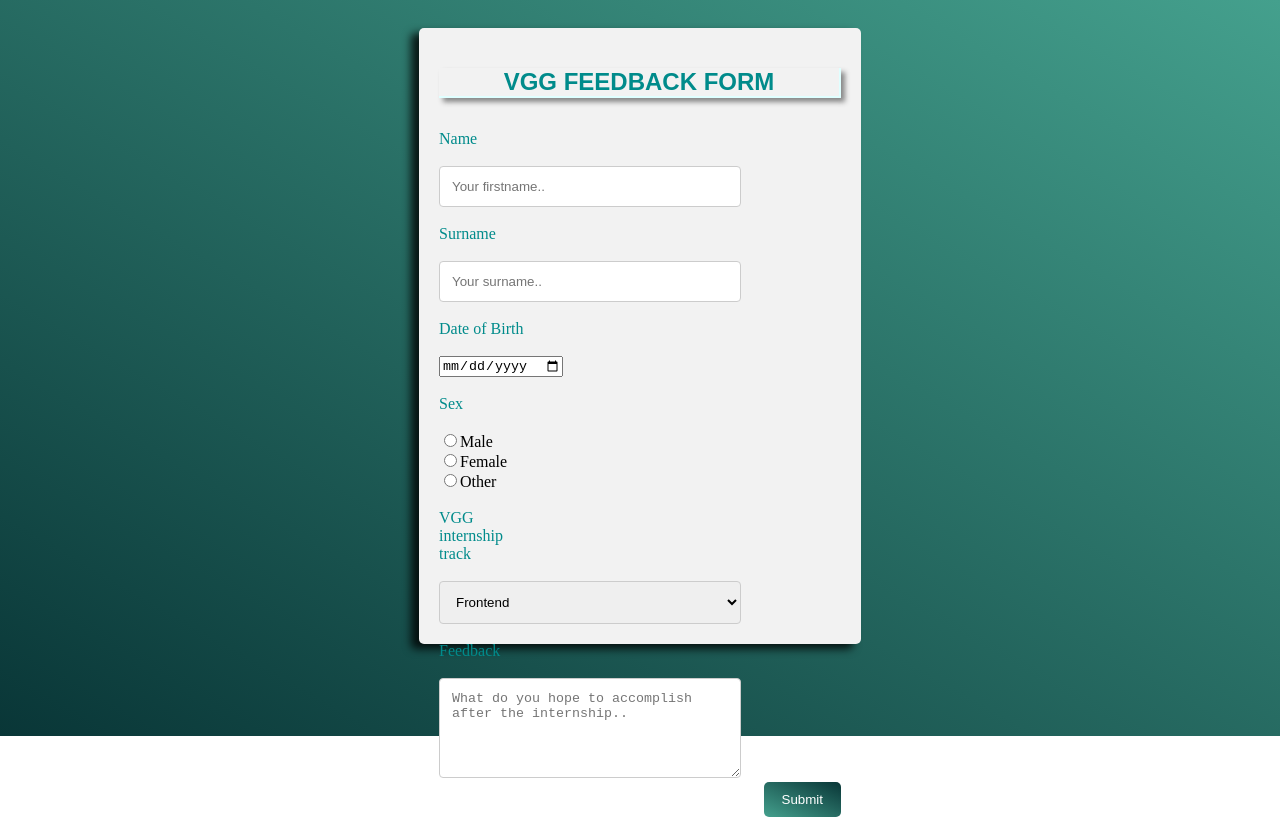
Repository: iphyokafor/VGG-Feedback-form
Page: index2.html
The author's editor kept a copy of each file at every save. The page is drawn from the files as they stood at one save, then again after the next save.
The browser window is 1280 px wide. The pictures show the whole page.

Above is the page before, as saved 2020-01-13 02:00:52.

### index2.html
<!DOCTYPE html>
<html lang="en">

<head>
    <meta charset="UTF-8">
    <meta name="viewport" content="width=device-width, initial-scale=1.0">
    <meta http-equiv="X-UA-Compatible" content="ie=edge">
    <title>VGG feedback form</title>
    <link rel="stylesheet" href="./main.css">
</head>

<body>
    <div class="container">
        <form>
            <h2 class="heading">Vgg feedback form</h2>
            <div class="row">
                <div class="column1">
                    <label for="name">Name</label>
                </div>
                <div class="column3">
                    <input type="text" class="txtinput" id="name" name="name" placeholder="Your firstname.." required>
                </div>
            </div>
            <div class="row">
                <div class="column1">
                    <label for="surname">Surname</label>
                </div>
                <div class="column3">
                    <input type="text" class="txtinput" id="surname" name="surname" placeholder="Your surname.." required>
                </div>
            </div>
            <div class="row">
                <div class="column1">
                    <label for="dob">Date of Birth</label>
                </div>
                <div class="column3">
                    <input type="date" id="date" name="date">
                </div>
            </div>
            <div class="row">
                <div class="column1">
                    <label for="sex">Sex</label>
                </div>
                <div class="column3">
                    <input type="radio" class="radio-style" name="gender">Male<br>
                    <input type="radio" class="radio-style" name="gender">Female<br>
                    <input type="radio" class="radio-style" name="gender">Other
                </div>
            </div>
            <div class="row">
                <div class="column1">
                    <label for="VGG internship">VGG internship track</label>
                </div>
                <div class="column3">
                    <select id="VGG internship" name="VGG">
            <option value="frontend">Frontend</option>
            <option value="backend">Backend</option>
            <option value="ui/ux">UI/UX</option>
            <option value="software">Software Quality Assurance</option>
            <option value="devops">DevOps</option>
          </select>
                </div>
            </div>
            <div class="row">
                <div class="column1">
                    <label for="feedback">Feedback</label>
                </div>
                <div class="column3">
                    <textarea id="feedback" name="feedback" placeholder="What do you hope to accomplish after the internship.." style="height:100px"></textarea>
                </div>
            </div>
            <div class="row">
                <input type="submit" class="btn" value="Submit">
            </div>
        </form>
    </div>

</body>

</html>

### main.css
/* Style inputs, select elements and textareas */

body {
    display: flex;
    justify-content: center;
    flex-wrap: wrap;
    background: linear-gradient(to right top, #093637, #44A08D);
    background-repeat: no-repeat;
    height: 100vh;
}

.txtinput,
select,
textarea {
    width: 100%;
    padding: 12px;
    border: 1px solid #ccc;
    border-radius: 4px;
    box-sizing: border-box;
    resize: vertical;
}


/* Style the label to display next to the inputs */

label {
    padding: 12px 12px 12px 0;
    display: inline-block;
}


/* Style the submit button */

.btn {
    background: linear-gradient(to left bottom, #093637, #44A08D);
    color: white;
    padding: 10px 18px;
    border: none;
    border-radius: 5px;
    cursor: pointer;
    float: right;
    transition: all 1s;
}

.btn:hover {
    transform: scale(1.1);
}


/* Style the container */

.container {
    height: 80vh;
    margin-top: 20px;
    border-radius: 5px;
    background-color: #f2f2f2;
    padding: 20px;
    box-shadow: -8px 5px 8px rgba(0, 0, 0, 0.8);
    transition: border 0.15s linear 0s, linear 0s, color 0.15s linear 0s;
}

.heading {
    text-transform: uppercase;
    font-family: Arial, Helvetica, sans-serif;
    color: darkcyan;
    border-bottom: 2px solid lightcyan;
    border-right: 2px solid lightcyan;
    box-shadow: 4px 4px 5px #888888;
    width: 400px;
    text-align: center;
}


/* Floating column for labels: 25% width */

.column1 {
    display: flex;
    flex-flow: row;
    justify-content: flex-start;
    /* float: left; */
    width: 25%;
    margin-top: 6px;
    color: darkcyan;
}


/* Floating column for inputs: 75% width */

.column3 {
    float: left;
    width: 75%;
    margin-top: 6px;
}


/* Clear floats after the columns */

.row:after {
    content: "";
    display: table;
    clear: both;
}


/* Responsive layout - when the screen is less than 600px wide, make the two columns stack on top of each other instead of next to each other */

@media screen and (max-width: 600px) {
    .column1,
    .column3,
    .btn {
        width: 100%;
        margin-top: 0;
    }
}

After the next save:
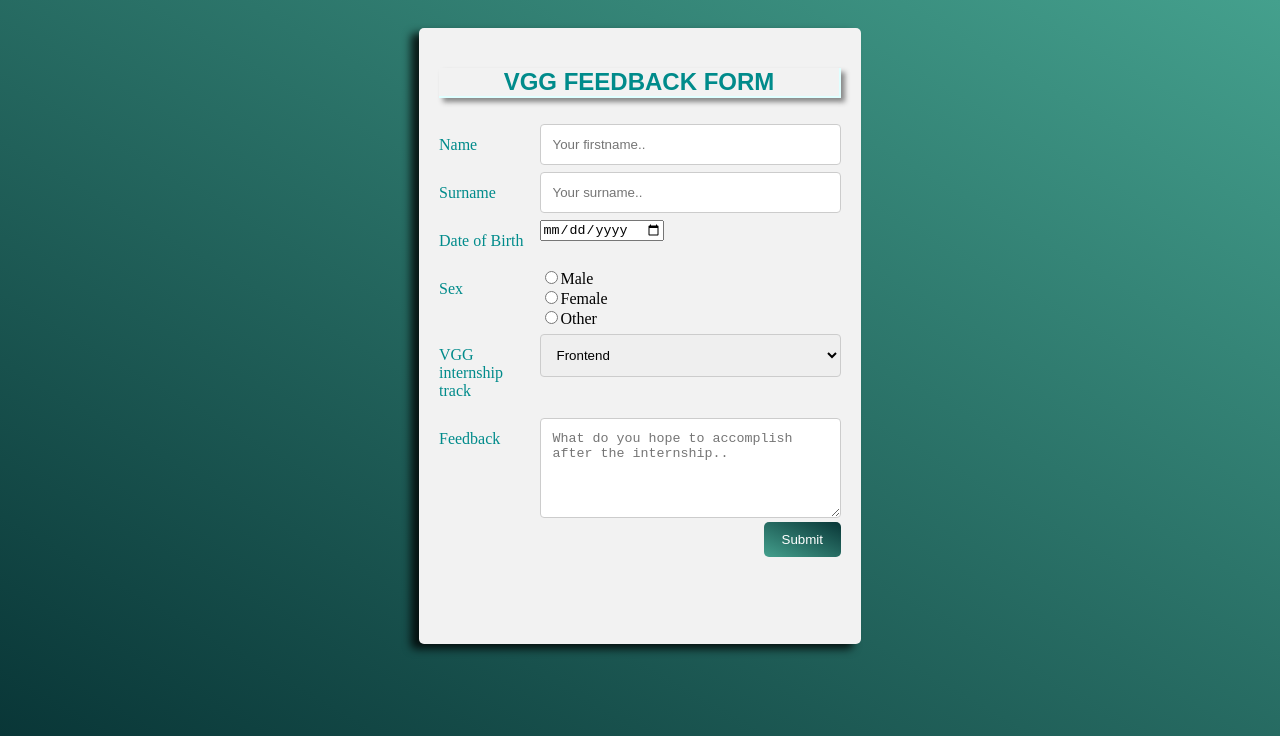
Saved 20 s later.
--- a/main.css
+++ b/main.css
@@ -74,10 +74,7 @@ label {
 /* Floating column for labels: 25% width */
 
 .column1 {
-    display: flex;
-    flex-flow: row;
-    justify-content: flex-start;
-    /* float: left; */
+    float: left;
     width: 25%;
     margin-top: 6px;
     color: darkcyan;
